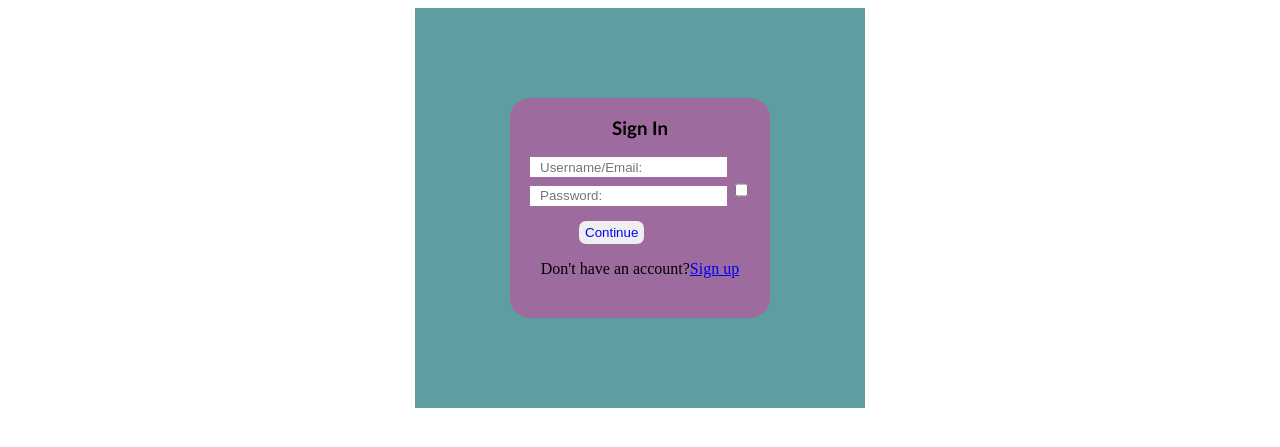
Repository: Tobby004/basic-loanweb
Page: signIn.html
An editor plug-in stored every save of this project. The page is shown before and after the next save, followed by the edit.
The browser window is 1280 px wide. The pictures show the whole page.

Above is the page before, as saved 2023-07-01 23:47:02.

After the next save:
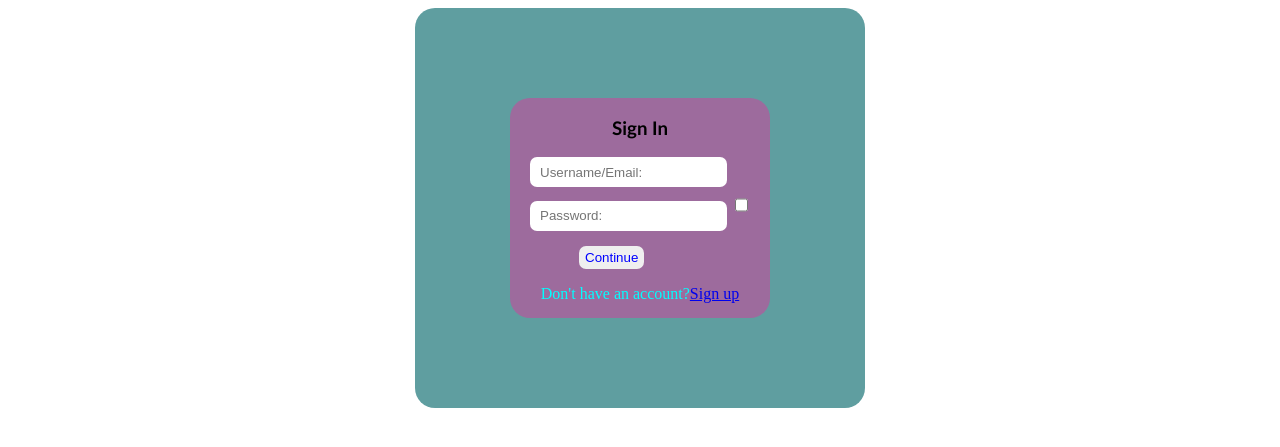
Saved 3 min 58 s later.
--- a/signin.css
+++ b/signin.css
@@ -7,6 +7,7 @@
     height: 400px;
     width: 450px;
     background: cadetblue;
+    border-radius: 20px;
 }
 
 .signin-box{
@@ -25,9 +26,10 @@ form {
     margin-left: 20px;
 }
 input{
-    height: 20px;
+    height: 30px;
     padding: 10px;
     border: none;
+    border-radius: 7px;
 }
 button {
     margin-top: 15px;
@@ -39,4 +41,5 @@ button {
 }
 p {
     text-align: center;
+    color: cyan;
 }
